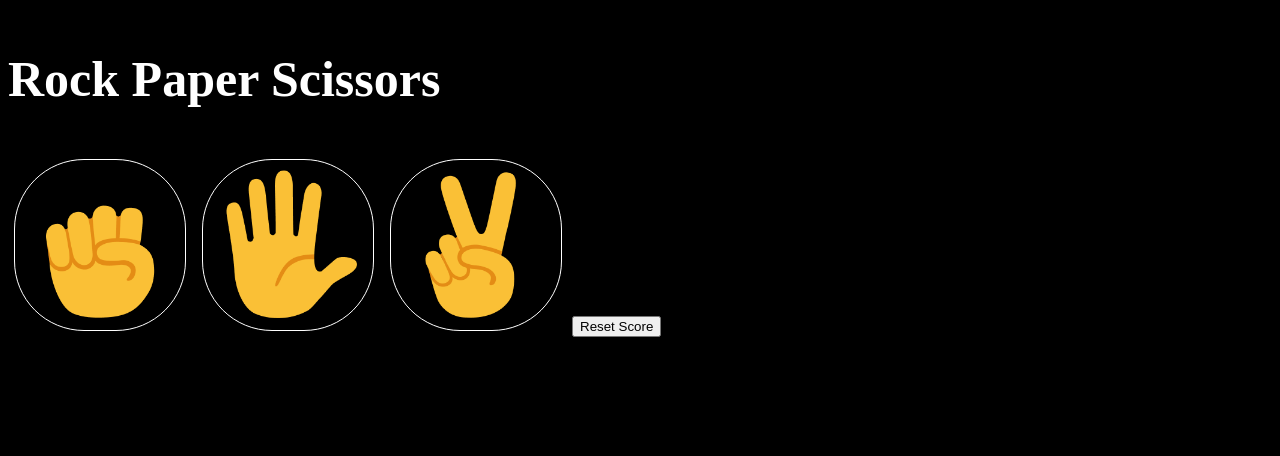
Repository: pgyunknown/Rock_paper_scissors-
Page: index.html
An editor plug-in stored every save of this project. The page is shown before and after a run of saves, followed by the edit.
The browser window is 1280 px wide. The pictures show the whole page.

Above is the page before, as saved 2024-08-30 17:04:53.

### index.html

<!DOCTYPE html>
<html>
  <head>
    <title>Rock Paper Scissors</title>
    <link rel="stylesheet" href="index.css">
  </head>
  <body>
    <p class="title">Rock Paper Scissors</p>
    <button onclick="
      playGame('rock');
    "class="emoji"><img src="images/rock-emoji.png" alt=""></button>

    <button onclick="
      playGame('paper');
    " class="emoji"><img src="images/paper-emoji.png" alt=""></button>

    <button onclick="
      playGame('scissors');
    " class="emoji"><img src="images/scissors-emoji.png" alt=""></button>

    <button onclick="
      score.wins = 0;
      score.losses = 0;
      score.ties = 0;
      localStorage.removeItem('score');
    ">Reset Score</button>

    <script src="index.js">

    </script>
  </body>
</html>

### index.css
body{
  background-color: black;
  color: white;
}
.title{
  font-size: 50px;
  font-weight: bold;
}

button img{
  height: 150px;
  width: 150px;
  background-color: black;
  border: 1px solid white;
  border-radius: 70px;
  padding: 10px;
}
.emoji{
  background-color: black;
  border: none;
}

### index.js
      let score = JSON.parse(localStorage.getItem('score')) || {
        wins: 0,
        losses: 0,
        ties: 0
      };

      function pickComputerMove() {
        const randomNumber = Math.random();

        let computerMove = '';

        if (randomNumber >= 0 && randomNumber < 1 / 3) {
          computerMove = 'rock';
        } else if (randomNumber >= 1 / 3 && randomNumber < 2 / 3) {
          computerMove = 'paper';
        } else if (randomNumber >= 2 / 3 && randomNumber < 1) {
          computerMove = 'scissors';
      }

        return computerMove;
      }
      function playGame(playerMove) {
        const computerMove = pickComputerMove();

        let result = '';

        if (playerMove === 'scissors') {
          if (computerMove === 'rock') {
            result = 'You lose.';
          } else if (computerMove === 'paper') {
            result = 'You win.';
          } else if (computerMove === 'scissors') {
            result = 'Tie.';
          }

        } else if (playerMove === 'paper') {
          if (computerMove === 'rock') {
            result = 'You win.';
          } else if (computerMove === 'paper') {
            result = 'Tie.';
          } else if (computerMove === 'scissors') {
            result = 'You lose.';
          }

        } else if (playerMove === 'rock') {
          if (computerMove === 'rock') {
            result = 'Tie.';
          } else if (computerMove === 'paper') {
            result = 'You lose.';
          } else if (computerMove === 'scissors') {
            result = 'You win.';
          }
        }

        if (result === 'You win.') {
          score.wins += 1;
        } else if (result === 'You lose.') {
          score.losses += 1;
        } else if (result === 'Tie.') {
          score.ties += 1;
        }

        localStorage.setItem('score', JSON.stringify(score));

        alert(`You picked ${playerMove}. Computer picked ${computerMove}. ${result}
Wins: ${score.wins}, Losses: ${score.losses}, Ties: ${score.ties}`);
      }

After the next 4 saves:
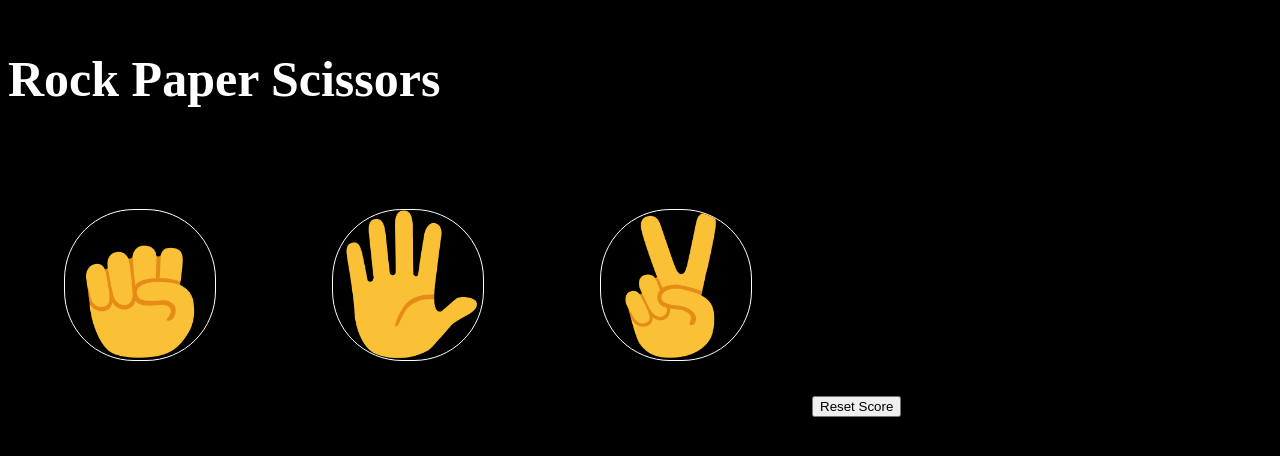
The 4 saves are shown as one change because they came seconds apart.
The last was saved 11 s later.
--- a/index.css
+++ b/index.css
@@ -13,7 +13,7 @@ button img{
   background-color: black;
   border: 1px solid white;
   border-radius: 70px;
-  padding: 10px;
+  margin: 50px;
 }
 .emoji{
   background-color: black;
